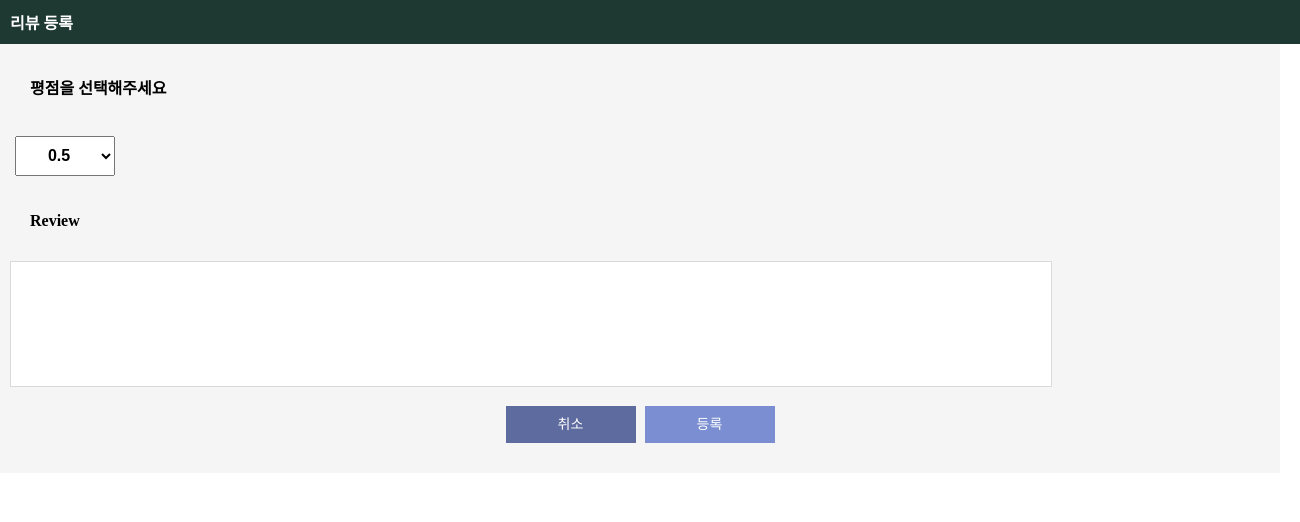
Repository: KimYoungHwans/Yproject
Page: http://localhost/Yproject/WEB-INF/views/replyEnroll.jsp
These files come from the project's save history. The page is drawn as it stood at one moment and after the next save; the edit follows.
The browser window is 1280 px wide. The page is 1300 px wide, so the pictures cover 1300 px, including what lies to the right of the window. The pictures show the whole page.
The page is served by Tomcat 9. Nobody is signed in. The template is opened directly, without the code that normally fills it, so the values that code supplies are empty.

Above is the page before, as saved 2023-01-18 07:14:58.

After the next save:
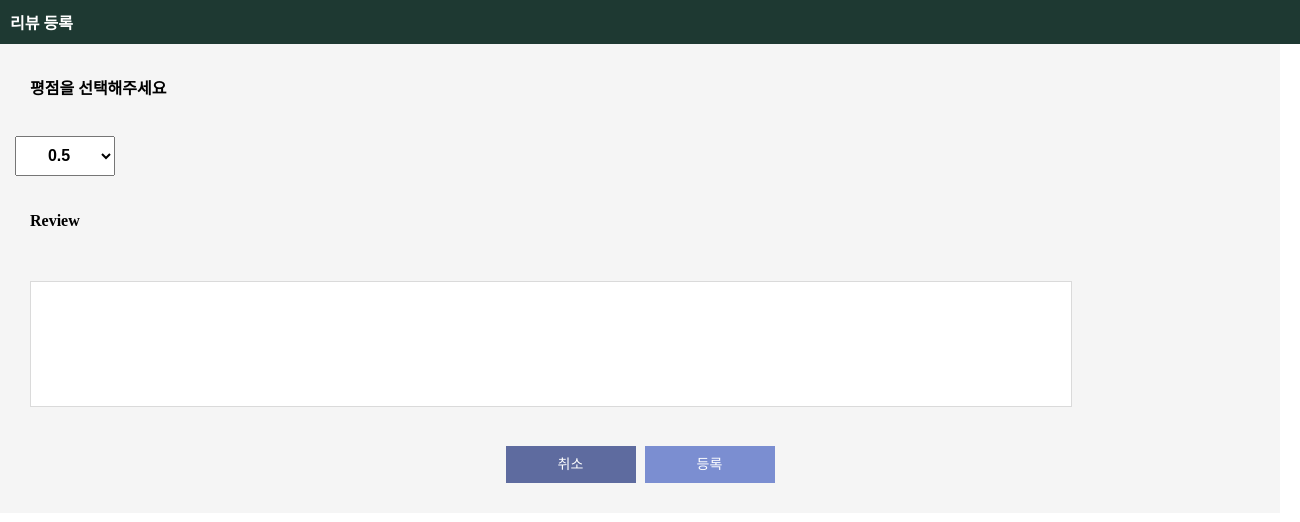
Saved 6 s later.
--- a/workspace/Yproject/src/main/webapp/WEB-INF/views/replyEnroll.jsp
+++ b/workspace/Yproject/src/main/webapp/WEB-INF/views/replyEnroll.jsp
@@ -96,7 +96,7 @@
 	    font-size: 15px;
 	    color: #a9a9a9;
 	    resize: none;
-	   margin: 10px;
+	   margin: 30px;
 
   	}
 
